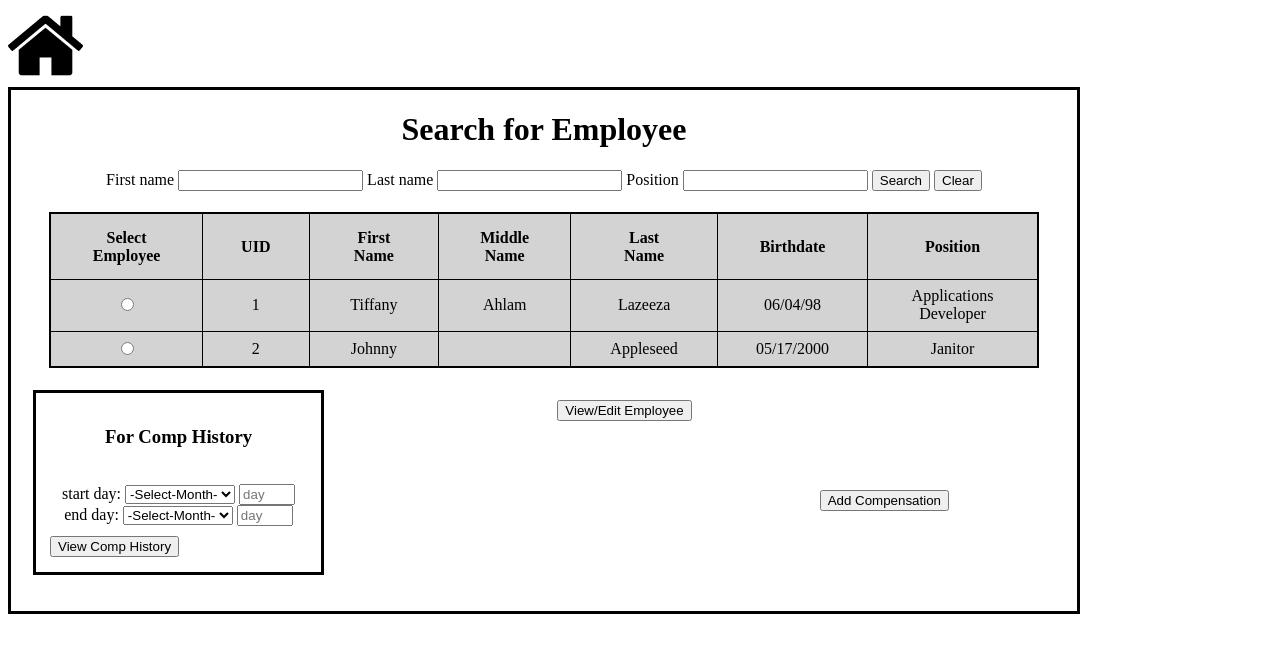
Repository: ticross18/SpringBootEmployeeSystem
Page: EmploymentSystem/src/main/resources/static/searchEmp.html
The author's editor kept a copy of each file at every save. The page is drawn from the files as they stood at one save, then again after the next save.
The browser window is 1280 px wide. The pictures show the whole page.

Above is the page before, as saved 2022-05-17 18:12:20.

### EmploymentSystem/src/main/resources/static/searchEmp.html
<!DOCTYPE html>
<html>
<head>
	<title>Search for Employee</title>
	<meta charset="UTF-8">
	<meta name="viewport" content="width=device-width, initial-scale=1.0">
	<link href="css/screens.css" rel="stylesheet" type="text/css">
</head>
<body>

<a href="/"><img src="images/homeIcon2.png" id="homeButton" alt="home button"></a>

<div id="SearchEmpBox" >
	<h1 id="title">Search for Employee</h1>

	<form>
		<label for="fname">First name </label>
		<input type="text" id="fname" name="fname">
		<label for="lname">Last name  </label>
		<input type="text" id="lname" name="lname">
		<label for="position">Position</label>
		<input type="text" id="position" name="position">
		<button type="button" name ="search">Search</button>
		<button type="clear" name ="clear">Clear</button>
	</form>

	<table border=1  rules=rows id="results" >
		<tr>
			<th>Select Employee</th>
			<th>UID</th>
			<th>First Name</th>
			<th>Middle Name</th>
			<th>Last Name</th>
			<th>Birthdate</th>
			<th>Position</th>
		</tr>
		 <tr class="entries">
			<td><input type="radio" name="edit" class="editEmp"/></td>
			<td>1</td>
			<td>Tiffany</td>
			<td>Ahlam</td>
			<td>Lazeeza</td>
			<td>06/04/98</td>
			<td>Applications Developer</td>
		</tr>
		 <tr class="entries">
			<td><input type="radio" name="edit" class="editEmp"/></td>
			<td>2</td>
			<td>Johnny</td>
			<td></td>
			<td>Appleseed</td>
			<td>05/17/2000</td>
			<td>Janitor</td>
		</tr>

	</table>

     <button type="button" class="optionButtons" onclick="location.href = '#';" style="float:right; margin-top:100px;" id="addEmp" > Add Compensation </button>

     <button type="button" class="optionButtons" onclick="location.href = '#';" style="float:right;" id="viewEditEmp"> View/Edit Employee </button>

	<div id="dateRange">
		<h3>For Comp History</h3><br>

		<label >start day:</label>
		    <select class='monthDropDown'>
			    <option selected value=''>-Select-Month-</option>
			    <option value='1'>January</option>
			    <option value='2'>February</option>
			    <option value='3'>March</option>
			    <option value='4'>April</option>
			    <option value='5'>May</option>
			    <option value='6'>June</option>
			    <option value='7'>July</option>
			    <option value='8'>August</option>
			    <option value='9'>September</option>
			    <option value='10'>October</option>
			    <option value='11'>November</option>
			    <option value='12'>December</option>
		    </select>
		    <input type="number"min="0" max="31" placeholder="day"/>

		    <br>

		<label>end day:</label>
		<select class='monthDropDown'>
		    <option selected value=''>-Select-Month-</option>
		    <option value='1'>January</option>
		    <option value='2'>February</option>
		    <option value='3'>March</option>
		    <option value='4'>April</option>
		    <option value='5'>May</option>
		    <option value='6'>June</option>
		    <option value='7'>July</option>
		    <option value='8'>August</option>
		    <option value='9'>September</option>
		    <option value='10'>October</option>
		    <option value='11'>November</option>
		    <option value='12'>December</option>
	    </select>
	    <input type="number"min="0" max="31" placeholder="day"/>
	     <br><button type="button" class="optionButtons" onclick="location.href = '#';" id="compHistory" > View Comp History </button>

	</div>


</div>
</body>
</html>

### EmploymentSystem/src/main/resources/static/css/screens.css
.container {
   display: flex;

}

#homeButton{
	width:75px;
	height:75px;
	position: relative;
}

.asterisk{
	color: red;
}

#addEmpBox {
	padding-left: 40vw;
	border: 3px solid rgb(0, 0, 0);
	padding-bottom: 15px;
}

#addEmpBox input {
	margin-bottom: 15px;
	padding: 2px;
}

#SearchEmpBox {
	border: 3px solid rgb(0, 0, 0);
	padding-bottom: 15px;
	margin-right: 15vw;
	text-align: center;
}

#userInput {
	display:inline-table;
}

#results {
	border: 2px solid black;
	margin: 10px;
	background-color: lightgrey;
	border-collapse: collapse;
	margin:  3vh 3vw;
}

#results th {
	padding: 2vh 3vw;
	border-left: 1px solid #000;
    border-right: 1px solid #000;
}

#results td {
	padding: 1vh 3vw ;
	border-left: 1px solid #000;
    border-right: 1px solid #000;

}

#finalEdit{
	text-align: left;
	position: left;
}

button.optionButtons {
	margin-top: 10px;
	margin-right: 10vw;
}

button.optionButtons:active {
  box-shadow: 0 5px #666;
  transform: translateY(4px);
}

button.optionButtons:hover {
  background-color: rgb(255, 255, 128);
  cursor: pointer;
}

#dateRange {
	border: 3px solid rgb(0, 0, 0);
	width:fit-content;
	margin: 3vh;
	padding: 2vh;
}



.monthDropDown {
	width:110px;
}


tr.entries:hover {
  background-color: white;
  cursor: pointer;
}

After the next save:
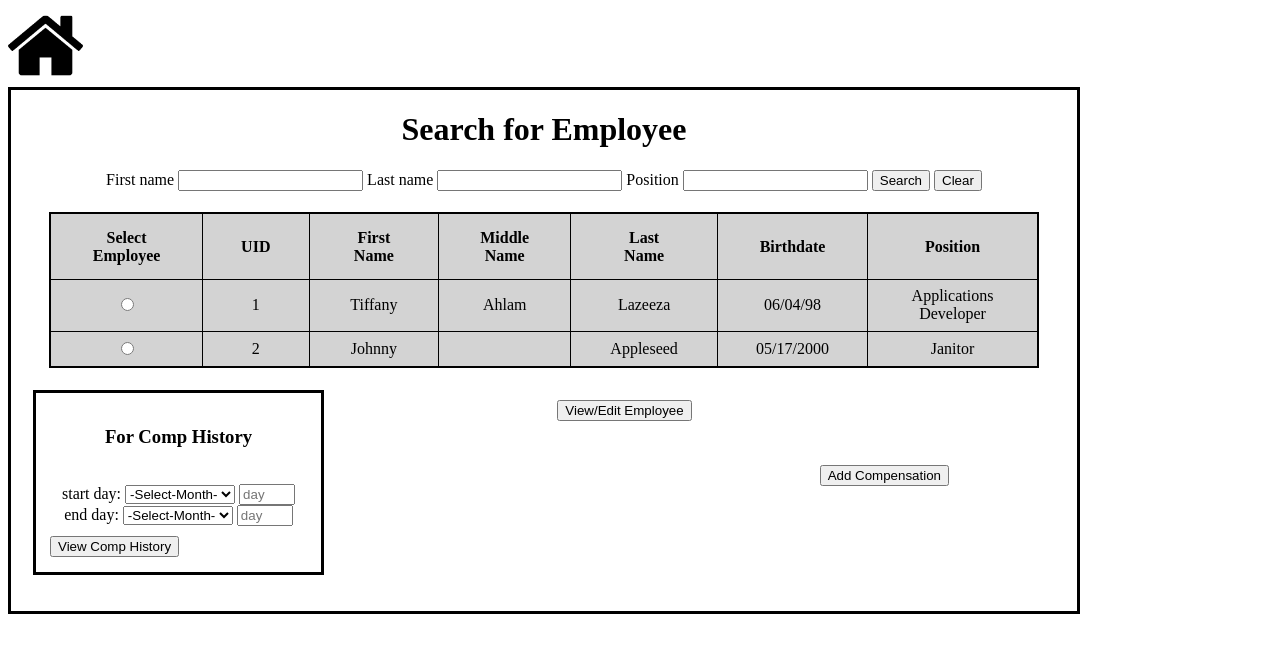
Saved 5 s later.
--- a/EmploymentSystem/src/main/resources/static/searchEmp.html
+++ b/EmploymentSystem/src/main/resources/static/searchEmp.html
@@ -55,7 +55,7 @@
 
 	</table>
 
-     <button type="button" class="optionButtons" onclick="location.href = '#';" style="float:right; margin-top:100px;" id="addEmp" > Add Compensation </button>
+     <button type="button" class="optionButtons" onclick="location.href = '#';" style="float:right; margin-top:75px;" id="addEmp" > Add Compensation </button>
 
      <button type="button" class="optionButtons" onclick="location.href = '#';" style="float:right;" id="viewEditEmp"> View/Edit Employee </button>
 
